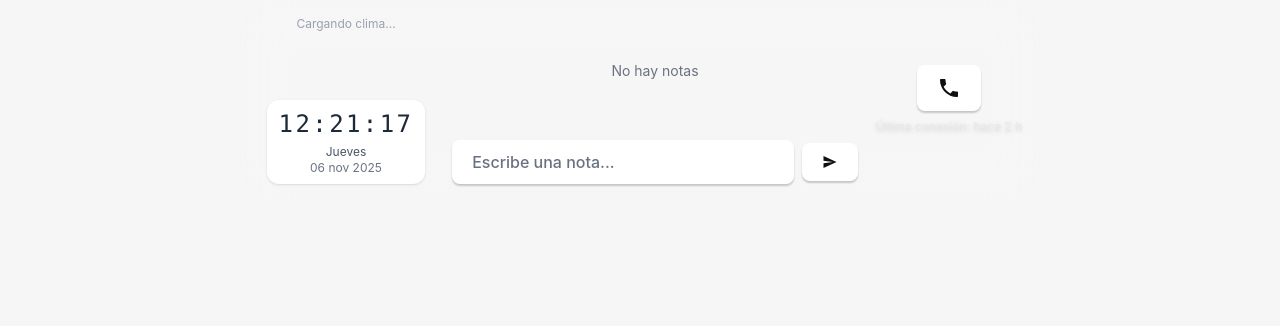
Repository: CodeByEvans/my-romantic-widget
Page: /
The author's editor kept a copy of each file at every save. The page is drawn from the files as they stood at one save, then again after the next save.
The browser window is 1280 px wide. The pictures show the whole page.
The page's requests for data from a server got no answer. The project was rebuilt for these pictures with package versions that can differ from the ones it lists, and the page was loaded fresh each time. No one was signed in, and anything a server would have sent is missing. Also part of the build but not shown: vite.config.ts.

Above is the page before, as saved 2025-11-06 13:22:46.

### src/App.tsx
import "./App.css";
import { Clock } from "./components/Clock";
import { WeatherWidget } from "./components/WeatherWidget";
import { NotesList } from "./components/NotesList";
import { NoteInput } from "./components/NoteInput";
import { CallButton } from "./components/CallButton";

function App() {
  return (
    <main
      data-tauri-drag-region
      className="w-[800px] h-[200px] mx-auto flex items-center justify-between gap-4
                      backdrop-blur-xl backdrop-saturate-150
                        p-4
                     text-gray-800"
    >
      {/* Clima + Reloj */}
      <section className="flex flex-col justify-between items-center h-full w-[180px]">
        <WeatherWidget />
        <Clock />
      </section>

      {/* Notas + input */}
      <section className="flex flex-col justify-between h-full flex-1">
        <NotesList />
        <NoteInput />
      </section>

      {/* Llamada */}
      <section className="flex flex-col justify-center items-center h-full w-[150px]">
        <CallButton />
        <p className="text-xs text-gray-200 mt-2 drop-shadow-sm">
          Última conexión: hace 2 h
        </p>
      </section>
    </main>
  );
}

export default App;

### src/App.css
@import "tailwindcss";

.logo.vite:hover {
  filter: drop-shadow(0 0 2em #747bff);
}

.logo.react:hover {
  filter: drop-shadow(0 0 2em #61dafb);
}
:root {
  font-family: Inter, Avenir, Helvetica, Arial, sans-serif;
  font-size: 16px;
  line-height: 24px;
  font-weight: 400;

  color: #0f0f0f;
  background-color: #f6f6f6;

  font-synthesis: none;
  text-rendering: optimizeLegibility;
  -webkit-font-smoothing: antialiased;
  -moz-osx-font-smoothing: grayscale;
  -webkit-text-size-adjust: 100%;
  -webkit-app-region: drag;
}

.container {
  margin: 0;
  padding-top: 10vh;
  display: flex;
  flex-direction: column;
  justify-content: center;
  text-align: center;
}

.logo {
  height: 6em;
  padding: 1.5em;
  will-change: filter;
  transition: 0.75s;
}

.logo.tauri:hover {
  filter: drop-shadow(0 0 2em #24c8db);
}

.row {
  display: flex;
  justify-content: center;
}

a {
  font-weight: 500;
  color: #646cff;
  text-decoration: inherit;
}

a:hover {
  color: #535bf2;
}

h1 {
  text-align: center;
}

input,
button {
  border-radius: 8px;
  border: 1px solid transparent;
  padding: 0.6em 1.2em;
  font-size: 1em;
  font-weight: 500;
  font-family: inherit;
  color: #0f0f0f;
  background-color: #ffffff;
  transition: border-color 0.25s;
  box-shadow: 0 2px 2px rgba(0, 0, 0, 0.2);
  -webkit-app-region: no-drag;
}

button {
  cursor: pointer;
}

button:hover {
  border-color: #396cd8;
}
button:active {
  border-color: #396cd8;
  background-color: #e8e8e8;
}

input,
button {
  outline: none;
}

#greet-input {
  margin-right: 5px;
}

@media (prefers-color-scheme: dark) {
  :root {
    color: #f6f6f6;
    background-color: #2f2f2f;
  }

  a:hover {
    color: #24c8db;
  }

  input,
  button {
    color: #ffffff;
    background-color: #0f0f0f98;
  }
  button:active {
    background-color: #0f0f0f69;
  }
}

### src/components/Clock.tsx
import { useEffect, useState } from "react";

export const Clock = () => {
  const [time, setTime] = useState(new Date());

  useEffect(() => {
    const interval = setInterval(() => {
      setTime(new Date());
    }, 1000);
    return () => clearInterval(interval);
  }, []);

  const hours = time.getHours().toString().padStart(2, "0");
  const minutes = time.getMinutes().toString().padStart(2, "0");
  const seconds = time.getSeconds().toString().padStart(2, "0");

  const day = time.toLocaleDateString("es-ES", { weekday: "long" });
  const date = time.toLocaleDateString("es-ES", {
    day: "2-digit",
    month: "short",
    year: "numeric",
  });

  return (
    <div className="bg-white rounded-xl shadow-sm px-3 py-2 flex flex-col items-center justify-center">
      <p className="text-2xl font-mono tracking-widest text-gray-800">
        {hours}:{minutes}:{seconds}
      </p>
      <p className="text-xs text-gray-600 mt-1 capitalize">{day}</p>
      <p className="text-xs text-gray-500">{date}</p>
    </div>
  );
};

### src/components/WeatherWidget.tsx
import { JSX } from "react";
import { useWeather } from "../hooks/useWeather";
import {
  WiDaySunny,
  WiCloud,
  WiRain,
  WiSnow,
  WiThunderstorm,
  WiFog,
  WiDayHaze,
} from "react-icons/wi";

const weatherStyles: Record<string, { gradient: string; icon: JSX.Element }> = {
  Thunderstorm: {
    gradient: "from-indigo-700 via-purple-600 to-indigo-900 text-white",
    icon: <WiThunderstorm size={36} />,
  },
  Drizzle: {
    gradient: "from-sky-300 via-sky-400 to-sky-600 text-white",
    icon: <WiRain size={36} />,
  },
  Rain: {
    gradient: "from-blue-400 via-sky-500 to-blue-700 text-white",
    icon: <WiRain size={36} />,
  },
  Snow: {
    gradient: "from-cyan-100 via-blue-200 to-blue-300 text-gray-800",
    icon: <WiSnow size={36} />,
  },
  Mist: {
    gradient: "from-gray-200 via-gray-300 to-gray-400 text-gray-800",
    icon: <WiFog size={36} />,
  },
  Haze: {
    gradient: "from-amber-200 via-amber-300 to-amber-400 text-gray-800",
    icon: <WiDayHaze size={36} />,
  },
  Clear: {
    gradient: "from-yellow-300 via-orange-400 to-pink-500 text-gray-900",
    icon: <WiDaySunny size={36} />,
  },
  Clouds: {
    gradient: "from-gray-300 via-gray-400 to-gray-600 text-gray-900",
    icon: <WiCloud size={36} />,
  },
  Fog: {
    gradient: "from-gray-300 via-gray-400 to-gray-500 text-gray-900",
    icon: <WiFog size={36} />,
  },
};

export const WeatherWidget = () => {
  const { data, loading, errorWeather } = useWeather();

  if (errorWeather)
    return <div className="text-xs text-red-400">{errorWeather}</div>;
  if (loading || !data)
    return <div className="text-xs text-gray-400">Cargando clima...</div>;

  const [city, info] = Object.entries(data)[0] || [];
  const temp = Math.round(info.main.temp);
  const condition = info.weather[0].main;

  const style = weatherStyles[condition] || weatherStyles["Clouds"]; // fallback si no hay coincidencia

  return (
    <div
      className={`flex flex-col items-center justify-center rounded-xl shadow-lg
                  bg-gradient-to-br ${style.gradient} px-4 py-3 w-[150px] h-full
                  backdrop-blur-sm bg-opacity-80`}
    >
      <h2 className="text-sm font-semibold drop-shadow-sm">{city}</h2>
      <div className="flex flex-col items-center mt-1">{style.icon}</div>
      <p className="text-2xl font-bold mt-1 drop-shadow-sm">{temp}°C</p>
    </div>
  );
};

### src/components/NotesList.tsx
import { useRealTimeNotes } from "../hooks/useRealTimeNotes";

export const NotesList = () => {
  const notes = useRealTimeNotes();

  const sortedNotes = [...notes].sort(
    (a, b) =>
      new Date(b.created_at).getTime() - new Date(a.created_at).getTime()
  );

  const noteToShow = sortedNotes[0];
  if (!noteToShow)
    return (
      <div className="flex items-center justify-center h-[110px] text-gray-500 text-sm">
        No hay notas
      </div>
    );

  return (
    <div className="bg-white rounded-xl backdrop-blur-sm shadow-inner p-3 h-[110px] overflow-hidden">
      <div className="flex justify-between items-center mb-1">
        <h3 className="font-semibold text-sm text-gray-700">
          {noteToShow.from}
        </h3>
        <small className="text-xs text-gray-400">
          {new Date(noteToShow.created_at).toLocaleString()}
        </small>
      </div>
      <p className="text-gray-700 text-sm italic line-clamp-3">
        {noteToShow.message}
      </p>
    </div>
  );
};

### src/components/NoteInput.tsx
import { IoMdSend } from "react-icons/io";

export const NoteInput = () => {
  return (
    <form className="flex items-center gap-2 mt-2">
      <input
        type="text"
        placeholder="Escribe una nota..."
        className="flex-1 text-sm px-3 py-2 rounded-lg bg-white text-gray-800 placeholder-gray-500 focus:outline-none focus:ring-2 focus:ring-blue-300 transition-all"
      />
      <button
        type="submit"
        className="p-2 bg-blue-500 rounded-full text-white hover:bg-blue-600 transition-colors"
      >
        <IoMdSend size={16} />
      </button>
    </form>
  );
};

### src/components/CallButton.tsx
import { IoMdCall } from "react-icons/io";

export const CallButton = () => {
  return (
    <div className="flex flex-col items-center justify-center">
      <button className="p-4 bg-green-500 text-white rounded-full shadow-md hover:bg-green-600 hover:scale-105 transition-transform">
        <IoMdCall size={24} />
      </button>
    </div>
  );
};

### src/hooks/useWeather.ts
import { useEffect, useState } from "react";
import {
  getCityByCoordinates,
  getWeatherByCity,
} from "../services/weatherService";
import { WeatherData } from "../types/weather";
import { useGeolocation } from "./useGeolocation";

export const useWeather = () => {
  const { coords, error } = useGeolocation();
  const [data, setData] = useState<Record<string, WeatherData> | null>(null);
  const [loading, setLoading] = useState<boolean>(false);
  const [errorWeather, setErrorWeather] = useState<string | null>(null);

  useEffect(() => {
    if (error) setErrorWeather(error);
  }, [error]);

  useEffect(() => {
    if (!coords) return;

    const fetchWeather = async () => {
      setLoading(true);
      try {
        const city = await getCityByCoordinates(
          coords.latitude,
          coords.longitude
        );
        const weather = await getWeatherByCity(city[0].name);
        setData({ [city[0].name]: weather });
      } catch (error) {
        console.error(error);
      } finally {
        setLoading(false);
      }
    };

    fetchWeather();
  }, [coords]);

  return { data, loading, errorWeather };
};

### src/hooks/useRealTimeNotes.ts
import { useEffect, useState } from "react";
import z from "zod";
import { supabase } from "../services/supabaseClient";

const noteSchema = z.object({
  id: z.number(),
  from: z.string(),
  message: z.string(),
  created_at: z.string(),
});

type Note = z.infer<typeof noteSchema>;

export const useRealTimeNotes = () => {
  const [notes, setNotes] = useState<Note[]>([]);

  useEffect(() => {
    // Cargar notas iniciales
    supabase
      .from<"notes", Note>("notes")
      .select("*")
      .then(({ data, error }) => {
        if (data) {
          setNotes(data);
          console.log("Notas cargadas:", data);
        } else {
          console.error("Error fetching notes:", error);
        }
      });

    // Suscripción en tiempo real
    const channel = supabase
      .channel("public:notes")
      .on(
        "postgres_changes",
        { event: "*", schema: "public", table: "notes" },
        (payload) => {
          console.log("Cambio dettectado:", payload);

          if (payload.eventType === "INSERT") {
            const newNote = noteSchema.parse(payload.new);
            setNotes((prevNotes) => [...prevNotes, newNote]);
            console.log("Nota añadida:", newNote);
          } else if (payload.eventType === "UPDATE") {
            setNotes((prev) =>
              prev.map((note) =>
                note.id === payload.new.id
                  ? noteSchema.parse(payload.new)
                  : note
              )
            );
          } else if (payload.eventType === "DELETE") {
            setNotes((prev) =>
              prev.filter((note) => note.id !== payload.old.id)
            );
          }
        }
      )
      .subscribe();

    return () => {
      supabase.removeChannel(channel);
    };
  }, []);

  return notes;
};

### src/services/weatherService.ts
import { envs } from "../config/envs";

export const getWeatherByCity = async (city: string) => {
  const response = await fetch(
    `https://api.openweathermap.org/data/2.5/weather?q=${city}&appid=${envs.openWeatherApiKey}&units=metric`
  );

  if (!response.ok) {
    throw new Error("No se pudo obtener el clima");
  }
  return response.json();
};

export const getCityByCoordinates = async (lat: number, lon: number) => {
  const response = await fetch(
    `https://api.openweathermap.org/geo/1.0/reverse?lat=${lat}&lon=${lon}&limit=1&appid=${envs.openWeatherApiKey}`
  );

  if (!response.ok) {
    throw new Error("No se pudo obtener la ciudad");
  }

  return response.json();
};

### src/hooks/useGeolocation.ts
import { useEffect, useState } from "react";

export const useGeolocation = () => {
  const [coords, setCoords] = useState<{
    latitude: number;
    longitude: number;
  } | null>(null);
  const [error, setError] = useState<string | null>(null);

  useEffect(() => {
    if (!navigator.geolocation) {
      setError("Geolocalización no soportada por el navegador");
      return;
    }

    navigator.geolocation.getCurrentPosition(
      (position) => {
        setCoords({
          latitude: position.coords.latitude,
          longitude: position.coords.longitude,
        });
      },
      (err) => {
        setError(`Error obteniendo la geolocalización: ${err.message}`);
      }
    );
  }, []);

  return { coords, error };
};

### src/services/supabaseClient.ts
import { createClient } from "@supabase/supabase-js";
import { envs } from "../config/envs";

export const supabase = createClient(envs.supabaseUrl, envs.supabaseAnonKey, {
  realtime: {
    params: {
      eventsPerSecond: 10,
    },
  },
});

### src/config/envs.ts
import * as z from "zod";

const envSchema = z.object({
  VITE_SUPABASE_URL: z.string().url(),
  VITE_SUPABASE_ANON_KEY: z.string().min(1),
  VITE_OPEN_WEATHER_API_KEY: z.string().min(1),
});

const parsed = envSchema.parse(import.meta.env);

export const envs = {
  supabaseUrl: parsed.VITE_SUPABASE_URL,
  supabaseAnonKey: parsed.VITE_SUPABASE_ANON_KEY,
  openWeatherApiKey: parsed.VITE_OPEN_WEATHER_API_KEY,
};

Loaded but not shown: index.html (common file); src/main.tsx (common file)

After the next save:
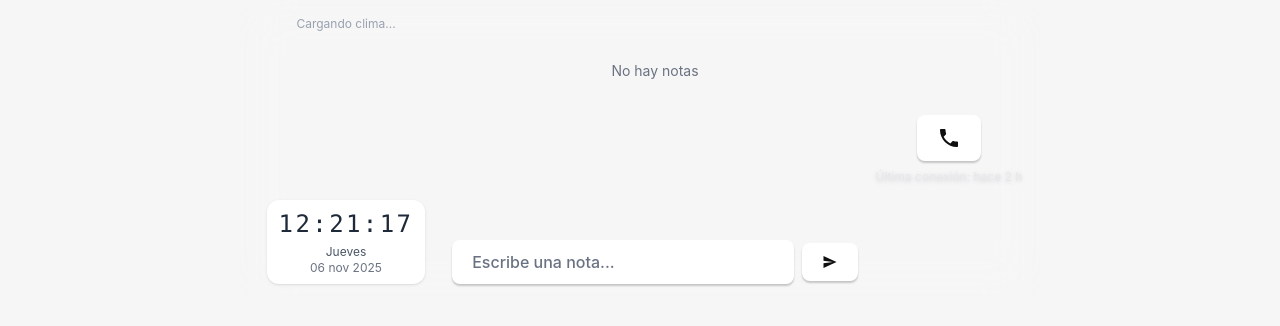
Saved 7 s later.
--- a/src/App.tsx
+++ b/src/App.tsx
@@ -9,7 +9,7 @@ function App() {
   return (
     <main
       data-tauri-drag-region
-      className="w-[800px] h-[200px] mx-auto flex items-center justify-between gap-4
+      className="w-[800px] h-[300px] mx-auto flex items-center justify-between gap-4
                       backdrop-blur-xl backdrop-saturate-150
                         p-4
                      text-gray-800"
